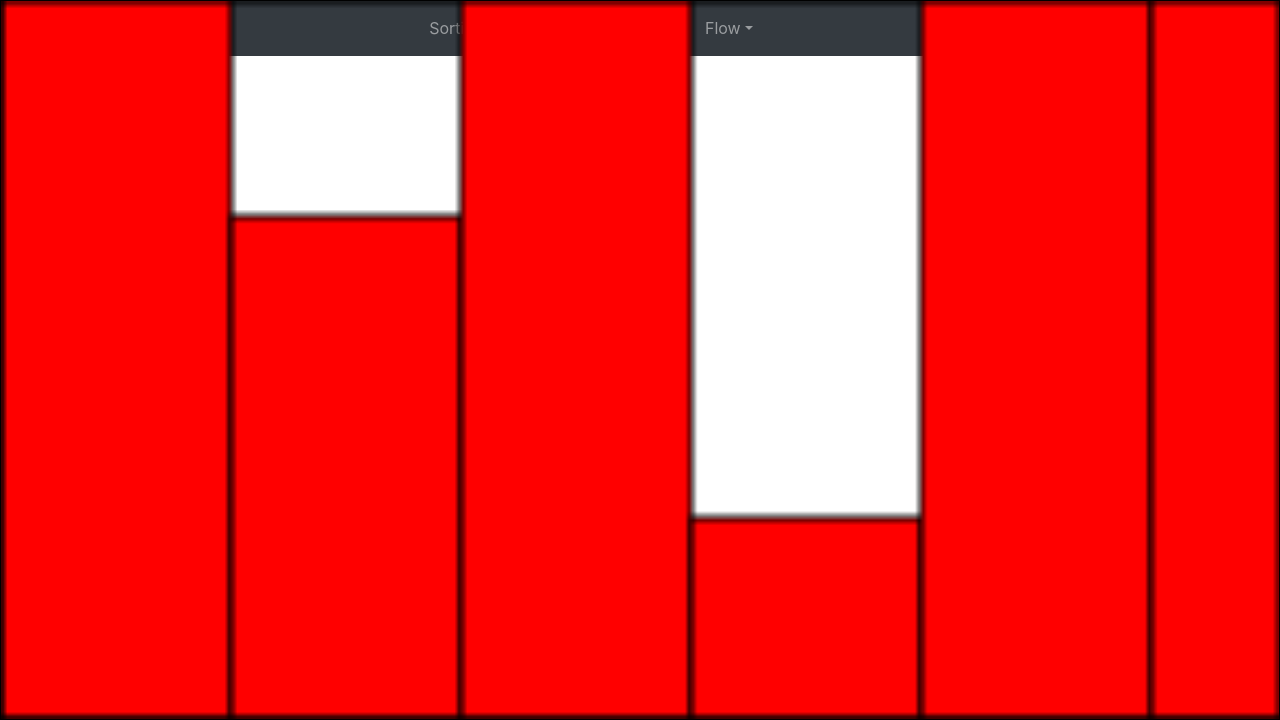
Repository: dkasima1/Algorithm-Visualizations
Page: /Sorting/Bubble_Sort
An editor plug-in stored every save of this project. The page is shown before and after the next save, followed by the edit.
The browser window is 1280 px wide. The pictures show the whole page.
The project was rebuilt for these pictures with package versions that can differ from the ones it lists, and the page was loaded fresh each time.

Above is the page before, as saved 2020-06-29 23:44:03.

After the next save:
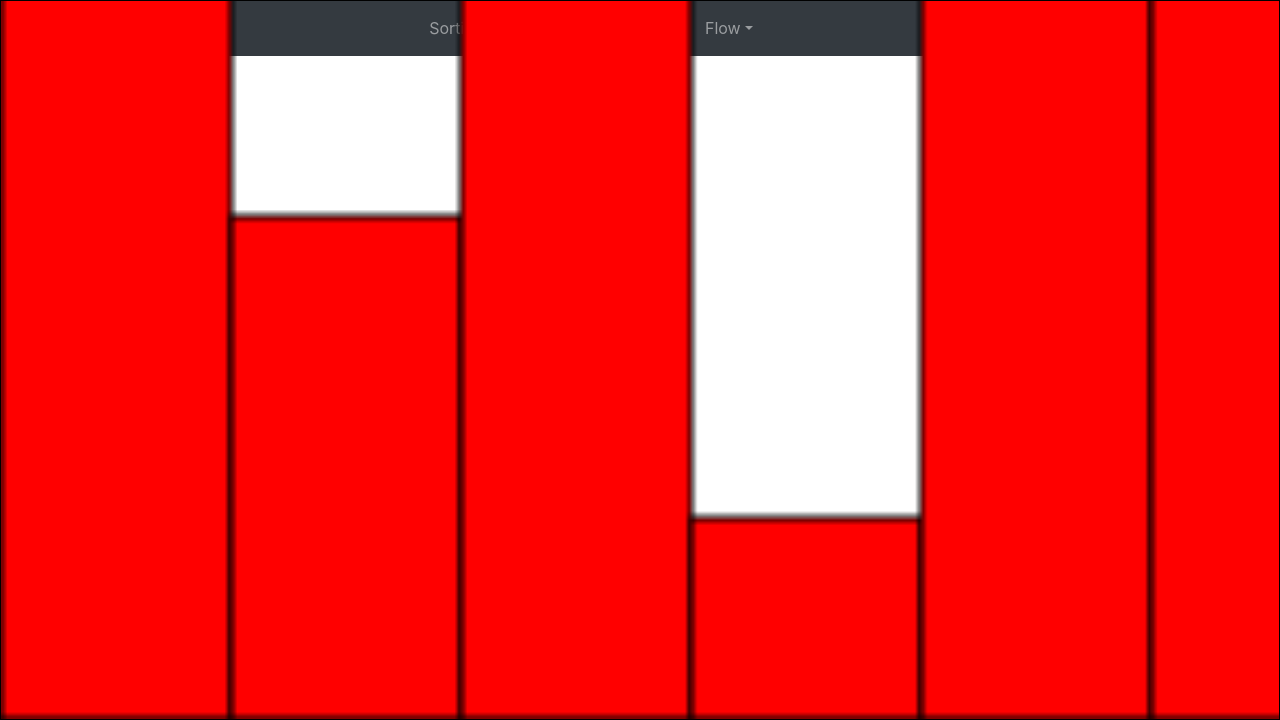
Saved 7 s later.
--- a/src/components/Graph/BarGraph.js
+++ b/src/components/Graph/BarGraph.js
@@ -38,10 +38,10 @@ class Canvas extends React.Component {
             posX += 54;
         }
 
-        // Outline Canvas
-        ctx.beginPath();
-        ctx.rect(0, 0, canvas.width, canvas.height);
-        ctx.stroke();
+        // // Outline Canvas
+        // ctx.beginPath();
+        // ctx.rect(0, 0, canvas.width, canvas.height);
+        // ctx.stroke();
     }
     render() {
         return (
